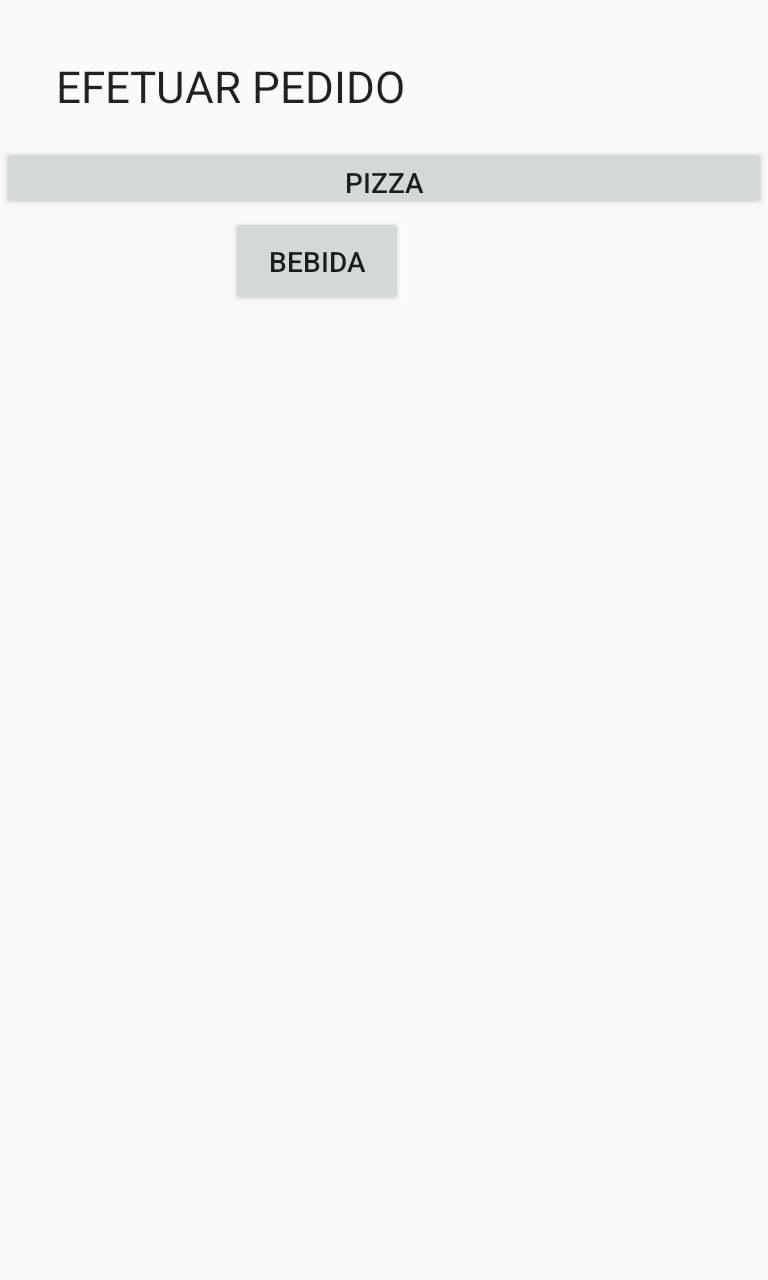
Repository: LucasSampaio/SysPizza-PSI
Layout: CodigoFonte/MOBILE/SysPizza/res/layout/activity_efetuar_pedido.xml
The author's editor kept a copy of each file at every save. The layout is drawn from the files as they stood at one save, then again after the next save.
It is drawn on a 768 x 1280 px phone screen (xhdpi) without system bars, with theme AppTheme; the app's code is not run.

Above is the layout before, as saved 2014-09-25 13:04:55.

After the next save:
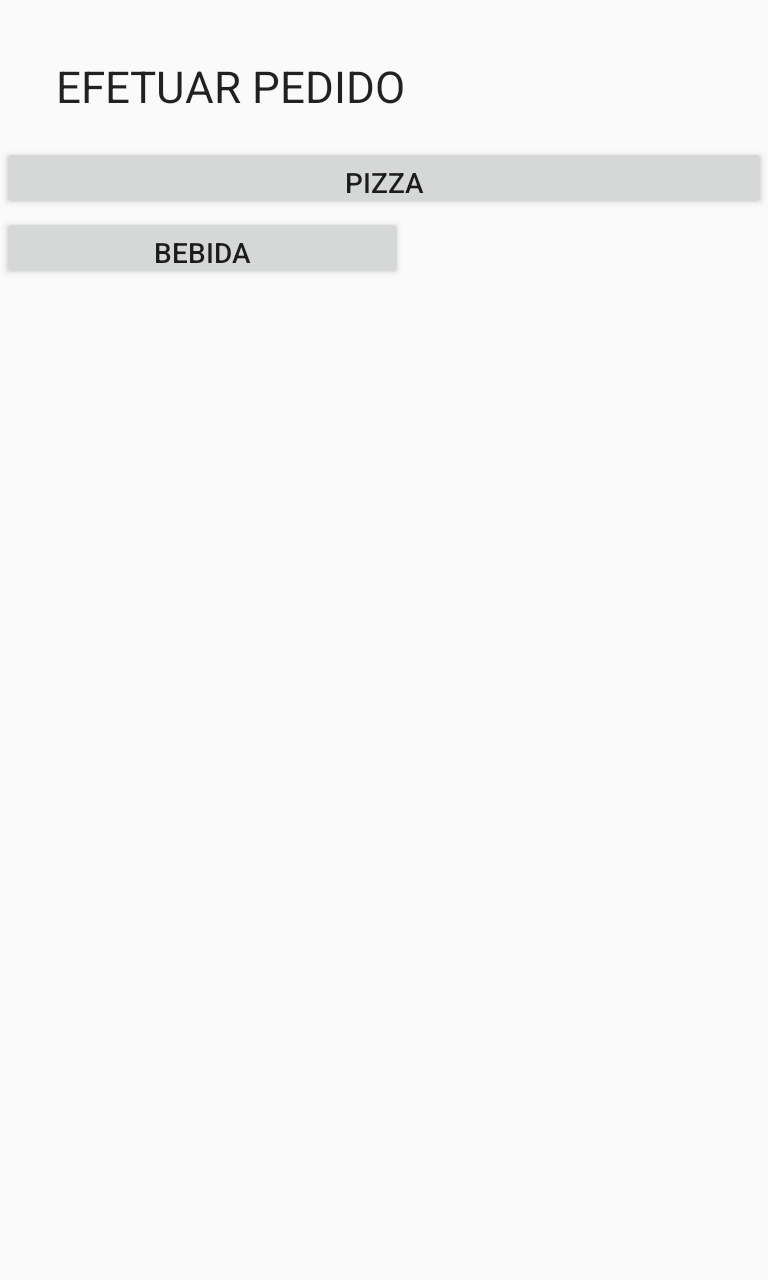
Saved 11 s later.
--- a/CodigoFonte/MOBILE/SysPizza/res/layout/activity_efetuar_pedido.xml
+++ b/CodigoFonte/MOBILE/SysPizza/res/layout/activity_efetuar_pedido.xml
@@ -26,8 +26,8 @@
 
     <Button
         android:id="@+id/button2"
-        android:layout_width="wrap_content"
-        android:layout_height="wrap_content"
+        android:layout_width="fill_parent"
+        android:layout_height="35dp"
         android:layout_alignRight="@+id/textView1"
         android:layout_below="@+id/button1"
         android:text="Bebida" />
